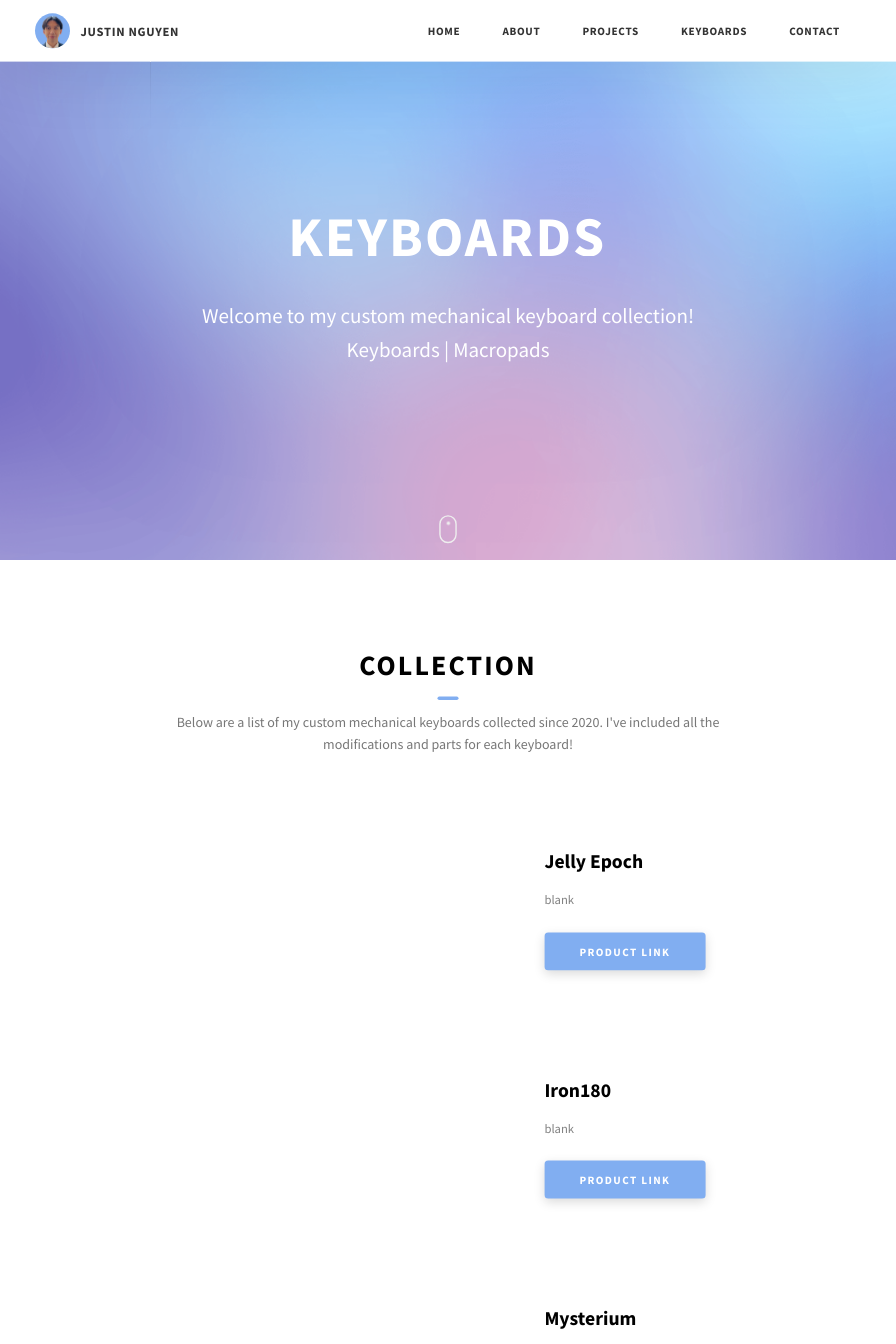
Repository: justinknguyen/Personal-Portfolio
Page: keyboards.html
These files come from the project's save history. The page is drawn as it stood at one moment and after the next save; the edit follows.
The browser window is 1280 px wide. The pictures show the part of the page from y = 0 to 1920 px (the page is 2965 px tall), at 70% of full size.
The style sheet was rebuilt from its Sass, Less or Tailwind sources for each picture, by a compiler version that may differ from the author's.

Above is the page before, as saved 2022-09-10 17:07:25.
Console error: TypeError: Cannot read properties of undefined (reading 'style')

After the next save:
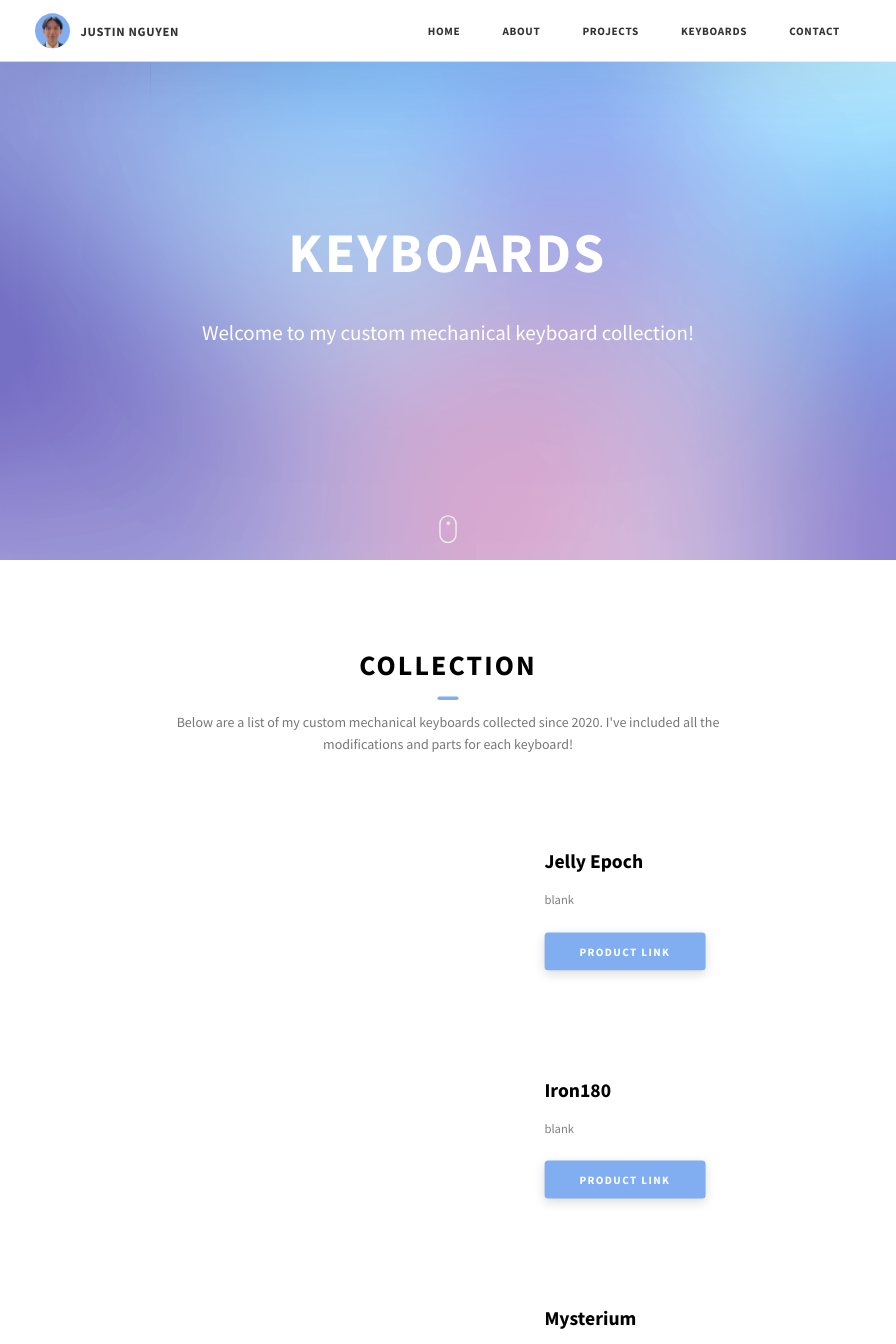
Saved 19 s later.
--- a/keyboards.html
+++ b/keyboards.html
@@ -112,9 +112,6 @@
         <div class="home-hero__info">
           <p class="text-primary">
             Welcome to my custom mechanical keyboard collection!
-          </p>
-          <p class="text-primary">
-            Keyboards | Macropads
           </p>
         </div>
       </div>
